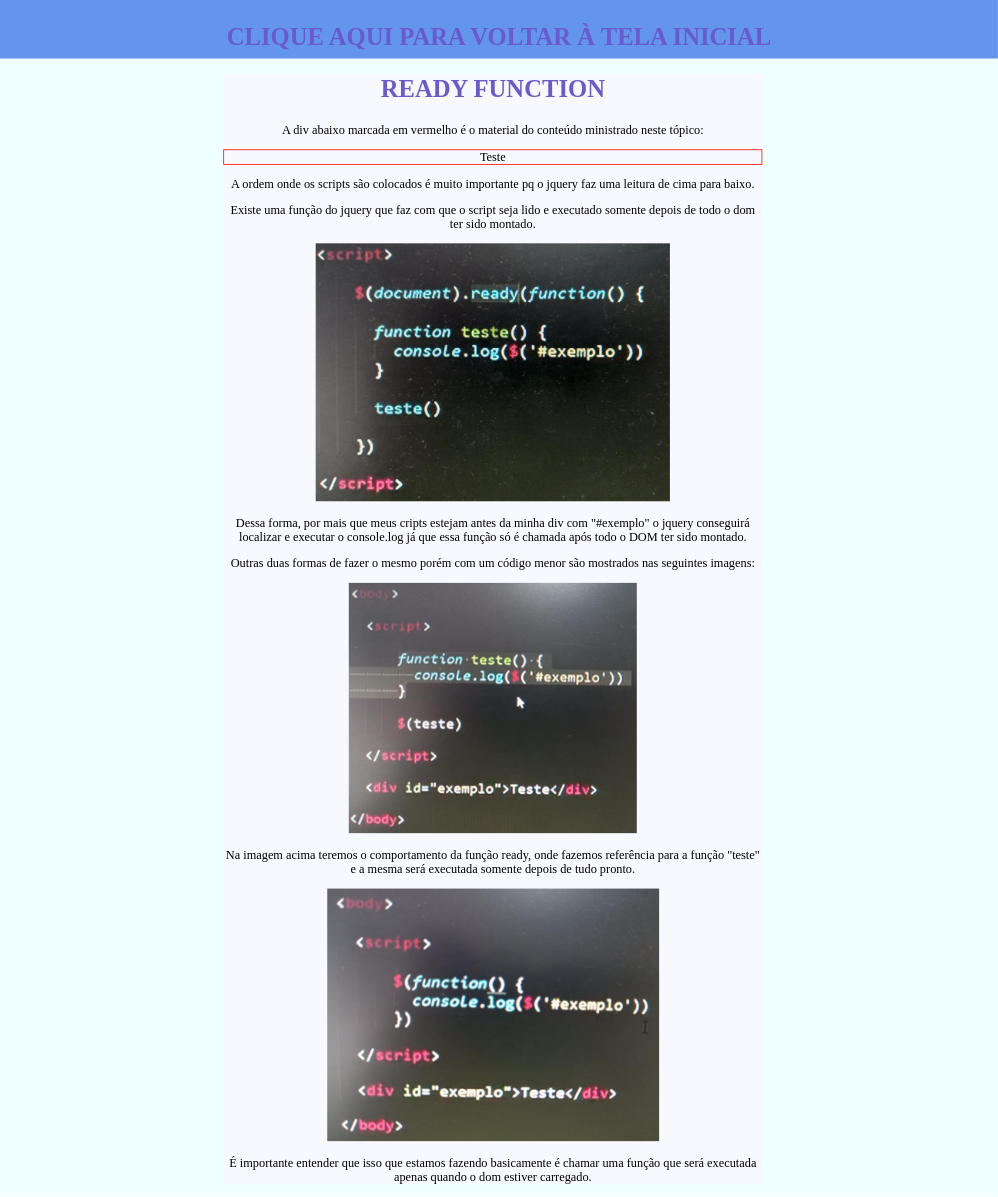
Repository: 2001mariana/jquery
Page: execution-sequence.html
The author's editor kept a copy of each file at every save. The page is drawn from the files as they stood at one save, then again after a run of saves.
The browser window is 1280 px wide. The page is 1296 px wide, so the pictures cover 1296 px, including what lies to the right of the window. The pictures show the whole page, at 77% of full size.

Above is the page before, as saved 2022-08-04 15:14:08.

### execution-sequence.html
<!DOCTYPE html>
<html>
<head>
    <meta charset='utf-8'>
    <meta http-equiv='X-UA-Compatible' content='IE=edge'>
    <title>Parte 1- select elements</title>
    <meta name='viewport' content='width=device-width, initial-scale=1'>
    <!-- <link rel='stylesheet' type='text/css' media='screen' href='main.css'> -->
    <!-- <script src='main.js'></script> -->
    <script src="https://code.jquery.com/jquery-3.6.0.min.js" integrity="sha256-/xUj+3OJU5yExlq6GSYGSHk7tPXikynS7ogEvDej/m4=" crossorigin="anonymous"></script>
    <script src="script.js"></script>
</head>
  <body style="margin: 0 auto; background-color: 	#F0FFFF;">

		<div id="header" style="background-color: #6495ED; height: 60px; width: 100%; padding: 8px;">
			<a href="index.html" style="text-decoration: none; text-transform: uppercase; color:#FFFFFF;"><h1>
				Clique aqui para voltar à tela inicial</h1></a>
		</div>

    <div id="page-size" style="background-color: #F8F8FF;">
      <h1>ready function</h1>
      <p>A div abaixo marcada em vermelho é o material do conteúdo ministrado neste tópico:</p>
      <div id="exemplo">Teste</div>
      <p>A ordem onde os scripts são colocados é muito importante pq o jquery faz uma leitura de cima para baixo.</p>
      <p>Existe uma função do jquery que faz com que o script seja lido e executado somente depois de todo o dom ter sido montado.</p>
      <img src="img/function-ready.PNG" id="imagem" />
      <p>Dessa forma, por mais que meus cripts estejam antes da minha div com "#exemplo" o jquery conseguirá localizar e executar o console.log já que essa função só é chamada após todo o DOM ter sido montado.</p>
      <p>Outras duas formas de fazer o mesmo porém com um código menor são mostrados nas seguintes imagens:</p>
      <img src="img/function-ready-hidden.PNG" id="imagem" />
      <p>Na imagem acima teremos o comportamento da função ready, onde fazemos referência para a função "teste" e a mesma será executada somente depois de tudo pronto.</p>
      <img src="img/function-nameless.PNG" id="imagem" />
      <p>É importante entender que isso que estamos fazendo basicamente é chamar uma função que será executada apenas quando o dom estiver carregado.</p>
    </div>
</body>
<script>
$("h1").css("color", "#6A5ACD")
$("h1").css("text-transform", "uppercase")
$("h1").css("margin-bottom", "26px")
$("body").css("text-align", "center")
$("div#exemplo").css("border", "1px solid red")
$("div#page-size").css("width", "700px")
$("div#page-size").css("margin", "auto")
</script>
</html>

### script.js
$(document).ready(function() {
	console.log($('#exemplo'))
    //Aqui ficará todo o código javascript necessário na nossa aplicação
})

After the next 2 saves:
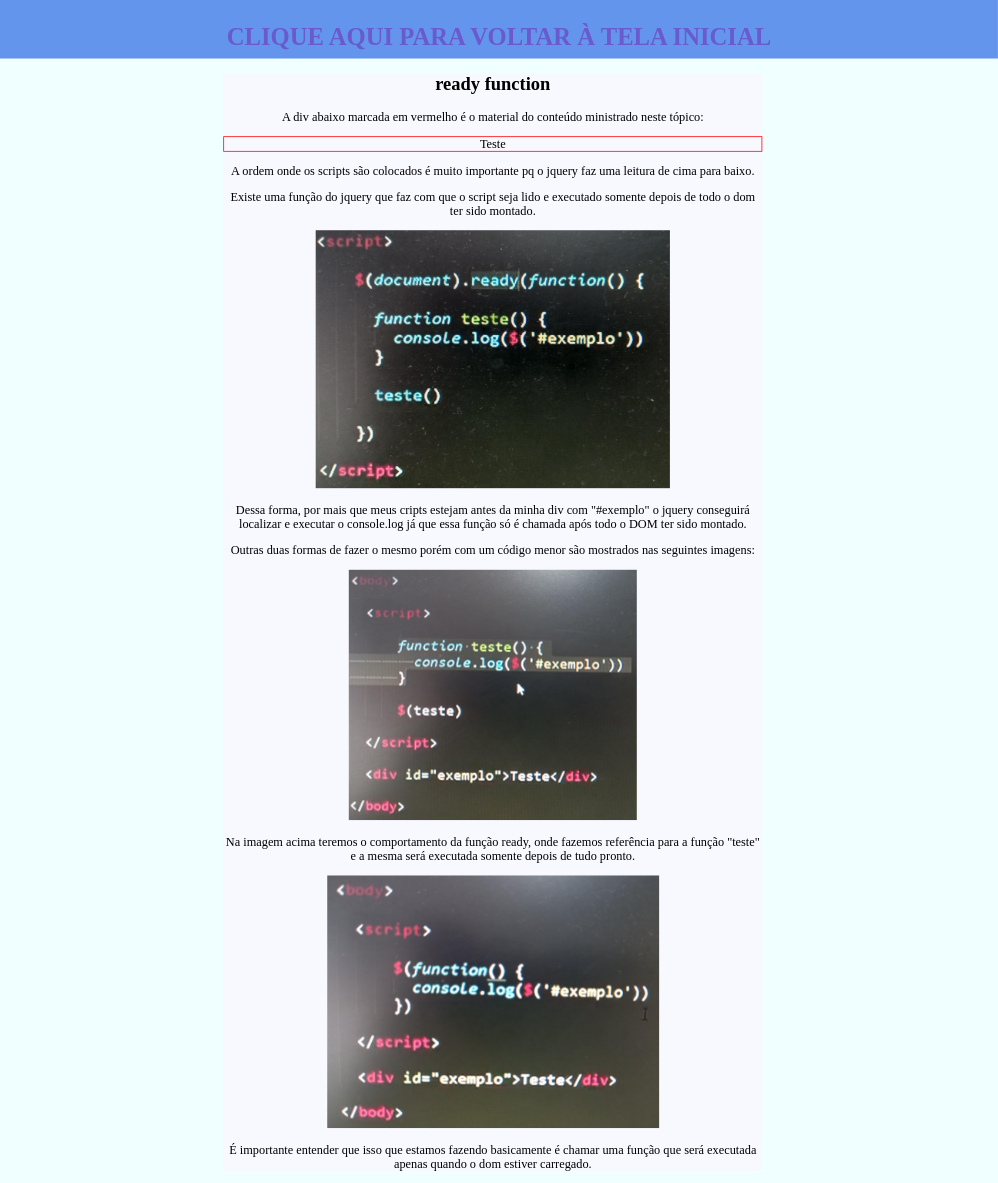
The 2 saves are shown as one change because they came seconds apart.
The last was saved 37 s later.
--- a/execution-sequence.html
+++ b/execution-sequence.html
@@ -18,7 +18,7 @@
 		</div>
 
     <div id="page-size" style="background-color: #F8F8FF;">
-      <h1>ready function</h1>
+      <h2>ready function</h2>
       <p>A div abaixo marcada em vermelho é o material do conteúdo ministrado neste tópico:</p>
       <div id="exemplo">Teste</div>
       <p>A ordem onde os scripts são colocados é muito importante pq o jquery faz uma leitura de cima para baixo.</p>
